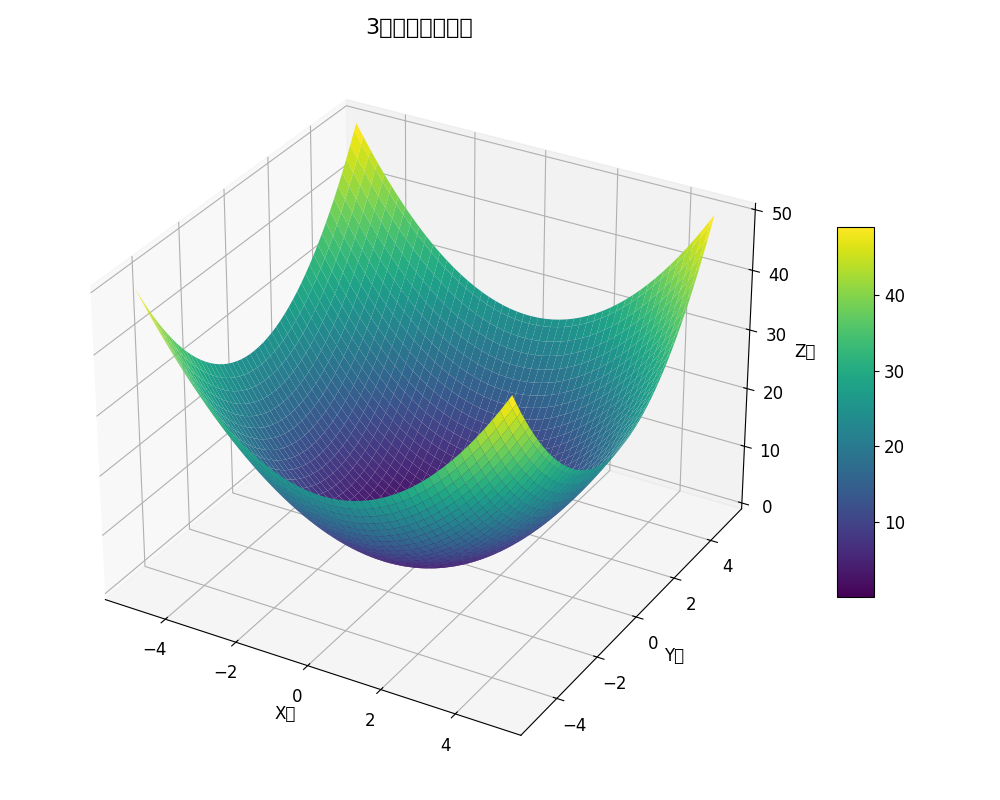
Repository: gouyamada/draw_surface
Script's output: python src/draw_surface.py
These files come from the project's save history. The script's output is drawn as it stood at one moment and after the next save; the edit follows.
Random numbers start from a fixed seed.

Above is the script's output before, as saved 2025-07-28 14:00:04.

After the next save:
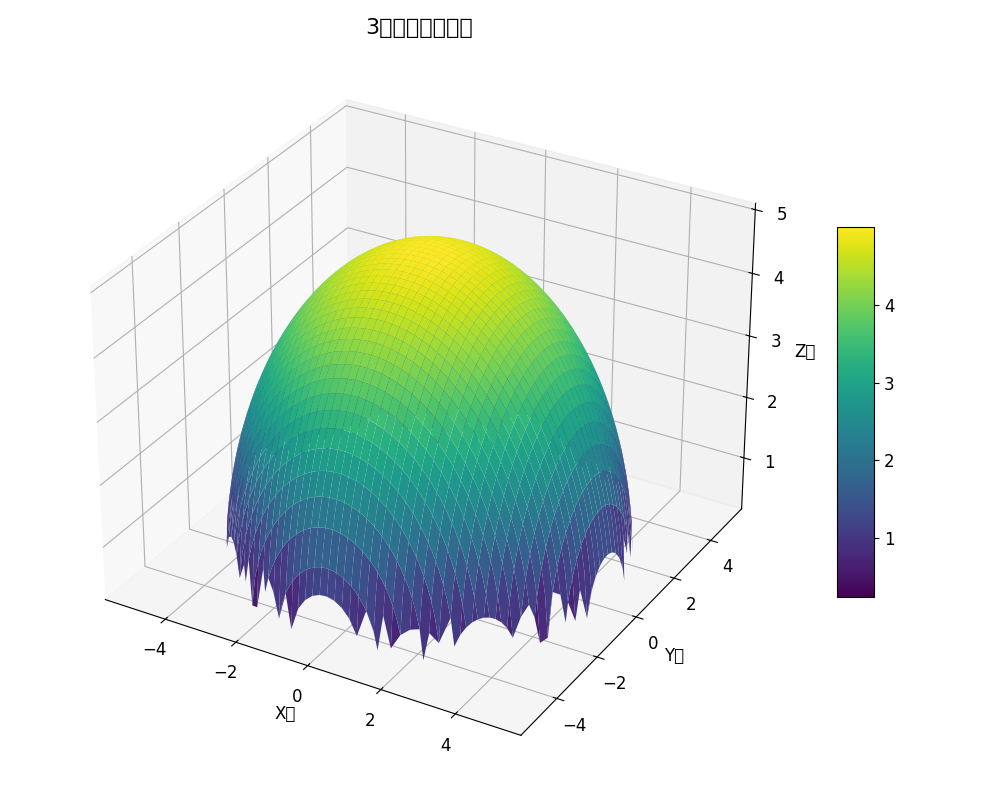
Saved 100 min 9 s later.
--- a/src/draw_surface.py
+++ b/src/draw_surface.py
@@ -16,7 +16,9 @@ def surface_setting(x, y):
     """
     描画する曲面の関数を定義する関数
     """
-    z = x**2 + y**2
+    r = 5
+
+    z = np.sqrt(r**2 - x**2 - y**2)
     return z
 
 
